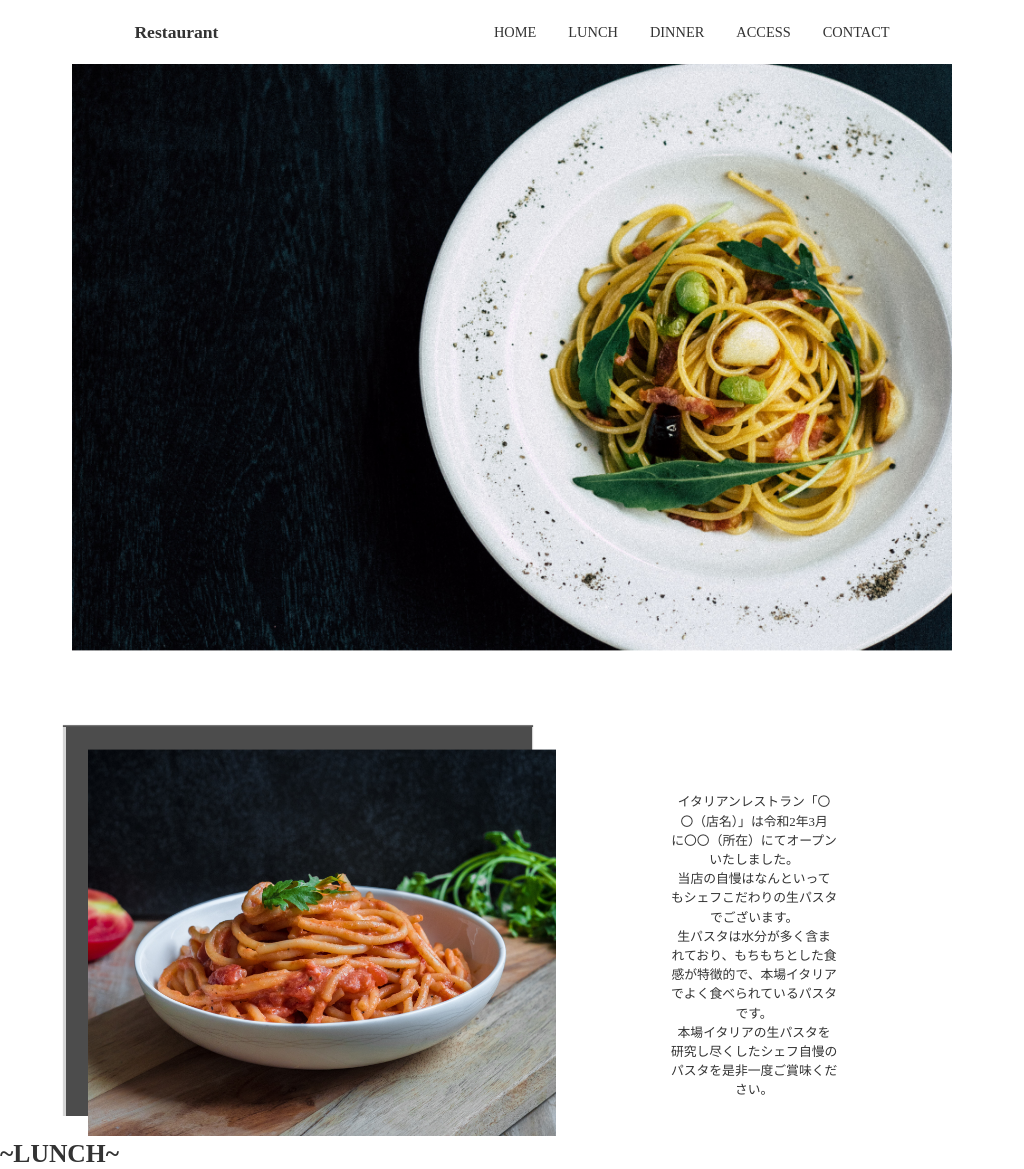
Repository: konatsu-0806/demo-site
Page: FromFigma/index.html
The author's editor kept a copy of each file at every save. The page is drawn from the files as they stood at one save, then again after a run of saves.
The browser window is 1280 px wide. The pictures show the whole page, at 80% of full size.

Above is the page before, as saved 2023-02-08 17:26:51.

After the next 3 saves:
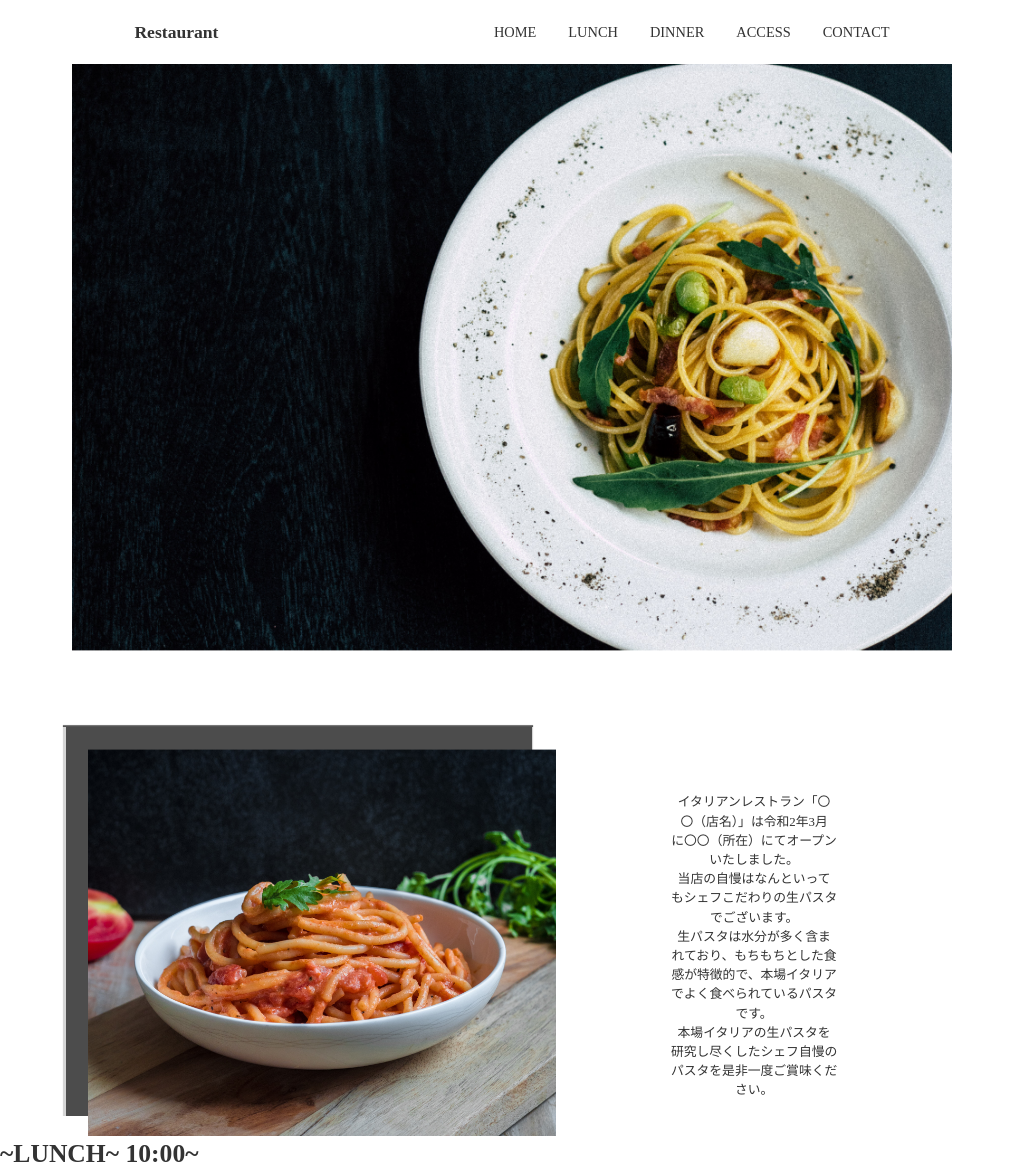
The 3 saves are shown as one change because they came seconds apart.
The last was saved 11 s later.
--- a/FromFigma/index.html
+++ b/FromFigma/index.html
@@ -72,7 +72,7 @@
 <div class="lunch">
   <div class="triangle"></div>
   <h1>~LUNCH~
-
+    10:00~
   </h1>
 </div>
 </body>
